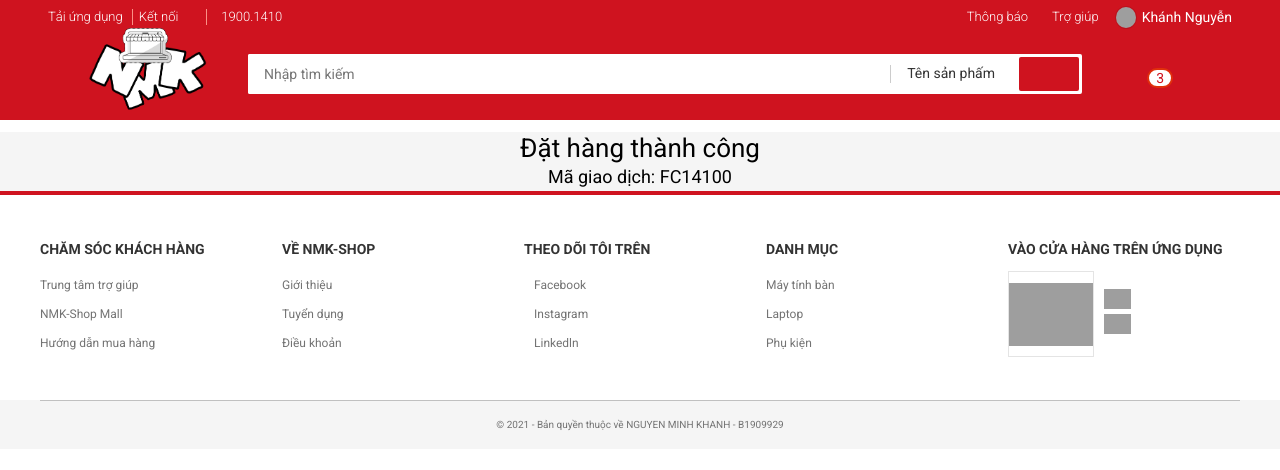
Repository: NguyenMinhKhanhB1909929/NMK-Shop
Page: orderedSuccess.html
These files come from the project's save history. The page is drawn as it stood at one moment and after the next save; the edit follows.
The browser window is 1280 px wide. The pictures show the whole page.
Pictures or frames that could not be fetched are drawn as grey boxes. Some icons come from a web library that is not loaded, so they are not drawn.

Above is the page before, as saved 2021-12-04 15:51:52.
Console error: TypeError: Cannot set properties of null (setting 'onclick')

After the next save:
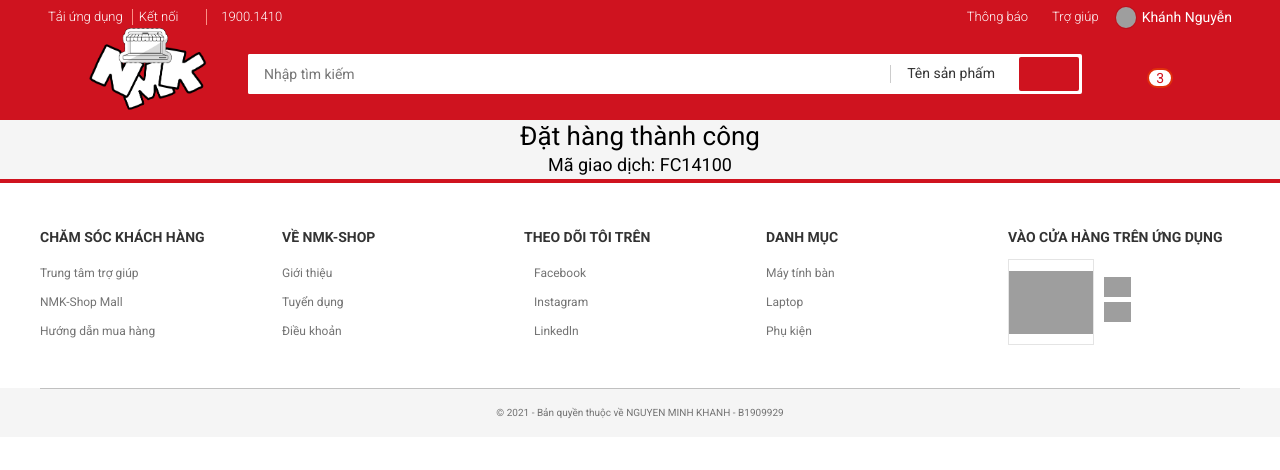
Saved 13 s later.
--- a/assets/css/orderSuccess.css
+++ b/assets/css/orderSuccess.css
@@ -2,7 +2,6 @@
   text-align: center;
 }
 .ordered__success-icon-wrap {
-  margin: 12px 0;
 }
 .ordered__success-icon {
   font-size: 8rem;
